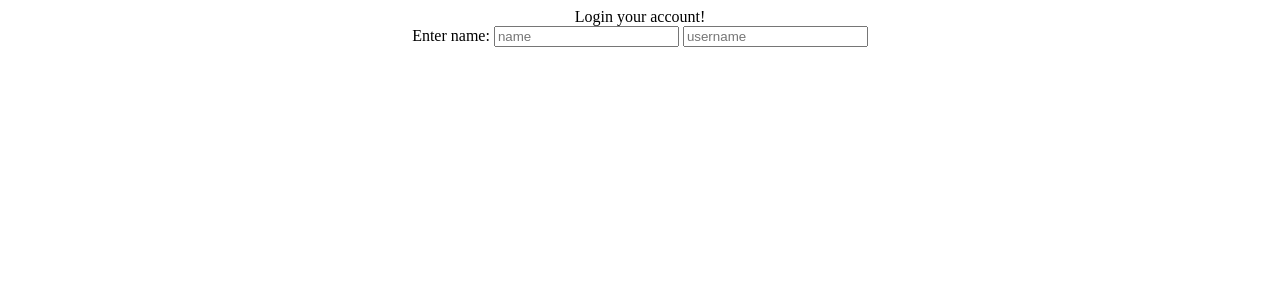
Repository: ApoorvaMishra4/Bootcamp
Page: http://localhost/Login/
An editor plug-in stored every save of this project. The page is shown before and after the next save, followed by the edit.
The browser window is 1280 px wide. The pictures show the whole page.
The page is served by Tomcat 9. Other server files are loaded and not shown.

Above is the page before, as saved 2018-08-09 03:50:25.

### Login/src/main/webapp/index.jsp
<html>
<head>
<style>
form {
text-align : center;
}
</style>
</head>
<body>
<form action = "#">
Login your account!<br>Enter name:
<input type="text" name="name" placeholder="name">
<input type="text" name="username"  placeholder="username">
</form>
</body>
</html>

After the next save:
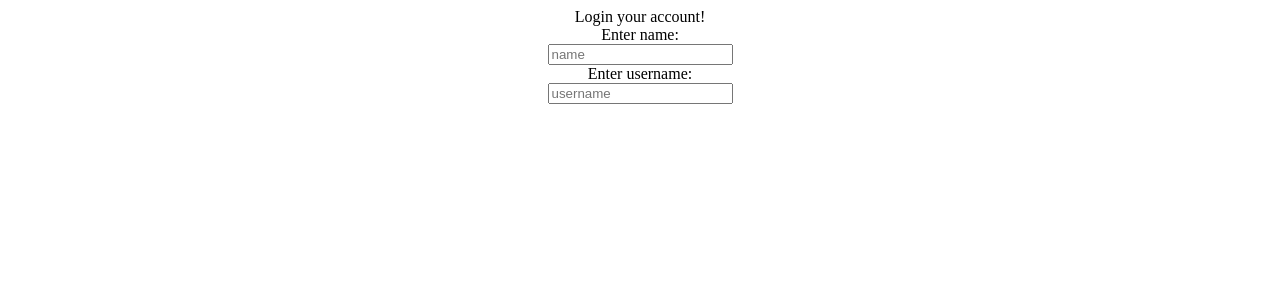
Saved 21 s later.
--- a/Login/src/main/webapp/index.jsp
+++ b/Login/src/main/webapp/index.jsp
@@ -8,8 +8,14 @@ text-align : center;
 </head>
 <body>
 <form action = "#">
-Login your account!<br>Enter name:
+Login your account!
+<br>
+Enter name:
+<br>
 <input type="text" name="name" placeholder="name">
+<br>
+Enter username:
+<br>
 <input type="text" name="username"  placeholder="username">
 </form>
 </body>
